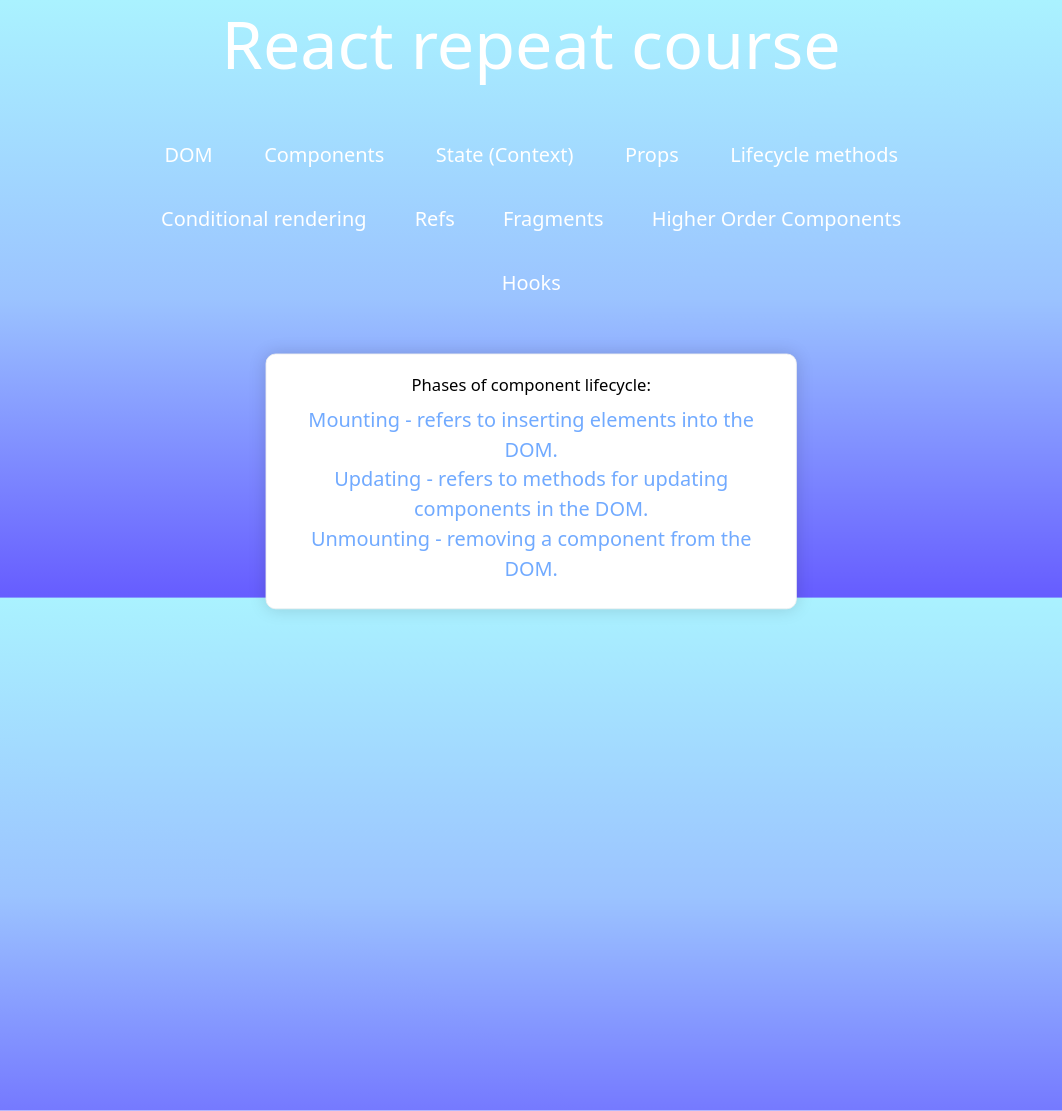
Repository: michalgornicki/github
Page: /#/Lifecycle
These files come from the project's save history. The page is drawn as it stood at one moment and after the next save; the edit follows.
The browser window is 1280 px wide. The pictures show the whole page, at 83% of full size.
Backgrounds fixed to the window are drawn as part of the page. The project was rebuilt for these pictures with package versions that can differ from the ones it lists, and the page was loaded fresh each time. Also part of the build but not shown: src/components/dom.jsx, src/components/components.jsx, src/components/state.jsx, src/components/props.jsx, src/components/conditional.jsx, src/components/refs.jsx, src/components/fragments.jsx, src/components/hoc.jsx and 1 more.

Above is the page before, as saved 2022-02-07 13:06:58.

### src/App.jsx
import React from "react";
import "./App.css";
import "bootstrap/dist/css/bootstrap.min.css";
import { Route, HashRouter as Router, Routes, Link } from "react-router-dom";
import DOM from "./components/dom.jsx";
import Components from "./components/components.jsx";
import State from "./components/state.jsx";
import Props from "./components/props.jsx";
import Lifecycle from "./components/lifecycle.jsx";
import Conditional from "./components/conditional.jsx";
import Refs from "./components/refs.jsx";
import Fragments from "./components/fragments.jsx";
import HOC from "./components/hoc.jsx";
import Hooks from "./components/hooks.jsx";

const App = () => {
  return (
    <Router>
      <div className="text-center">
        <div className="display-1 mt-1 mb-5 text-white">React repeat course</div>

        <div className="h4 d-flex w-75 m-auto my-5 justify-content-evenly flex-wrap text-white">
          <Link className="link-style m-3" to="/">
            DOM
          </Link>
          <Link className="link-style m-3" to="/Components">
            Components
          </Link>
          <Link className="link-style m-3" to="/State">
            State (Context)
          </Link>
          <Link className="link-style m-3" to="/Props">
            Props
          </Link>
          <Link className="link-style m-3" to="/Lifecycle">
            Lifecycle methods
          </Link>
          <Link className="link-style m-3" to="/Conditional">
            Conditional rendering
          </Link>
          <Link className="link-style m-3" to="/Refs">
            Refs
          </Link>
          <Link className="link-style m-3" to="/Fragments">
            Fragments
          </Link>
          <Link className="link-style m-3" to="/HOC">
            Higher Order Components
          </Link>
          <Link className="link-style m-3" to="/Hooks">
            Hooks
          </Link>
        </div>

        <Routes>
          <Route path="/" element={<DOM />} />
          <Route path="/Components" element={<Components />} />
          <Route path="/State" element={<State />} />
          <Route path="/Props" element={<Props />} />
          <Route path="/Lifecycle" element={<Lifecycle />} />
          <Route path="/Conditional" element={<Conditional />} />
          <Route path="/Refs" element={<Refs />} />
          <Route path="/Fragments" element={<Fragments />} />
          <Route path="/HOC" element={<HOC />} />
          <Route path="/Hooks" element={<Hooks />} />
        </Routes>
      </div>
    </Router>
  );
};

export default App;

### src/App.css
@import url('https://fonts.googleapis.com/css2?family=Catamaran:wght@400&display=swap');

body{
    font-family: 'Catamaran', sans-serif;
    overflow-x: hidden;
    padding-bottom: 80vh;
    height: auto;
    background: linear-gradient(rgb(170, 242, 255), rgb(155, 195, 255), rgb(102, 92, 255));
    background-attachment: fixed;
}

.js-item{
    color:rgb(0, 0, 0);
    font-size: 1.25rem;
    background-color: white;
    transition: 0.2s;
    padding: 3vh;
    margin-bottom: 4vh!important;
    border: 1px solid rgb(240, 240, 240);
    width: 50%;
    margin-left: auto;
    margin-right: auto;
    box-shadow: 0px 0px 20px rgba(0, 0, 0, 0.15);
    border-radius: 0.75rem;
}

.js-item:hover{
    cursor: pointer;
    background-color: rgb(240, 240, 240);
}

.text-color{
    margin: auto;
    padding: 0.5rem;
    width: fit-content;
    color:rgb(113, 170, 255)!important;
    font-size: 1.5rem;
    border-radius: 1rem;
}

.link-style{
    color: inherit;
    text-decoration: inherit;
    padding: 0.5rem;
    border-radius: 0.5rem;
}

.link-style:hover{
    color: rgb(113, 170, 255);
    text-decoration: inherit;
}

@media only screen and (max-device-width: 600px), (max-width: 600px) {

    .js-item{
        width: 95%;
    }

}

### src/components/lifecycle.jsx
const Lifecycle = () => {
  return (
    <div className="">
      <div className="js-item">
        {" "}
        <div className="">Phases of component lifecycle: </div>
        <div className="text-color">
          {`Mounting - refers to inserting elements into the DOM.`} <br />
          {`Updating - refers to methods for updating components in the DOM.`} <br />
          {`Unmounting - removing a component from the DOM.`}{" "}
        </div>{" "}

      </div>
    </div>
  );
};

export default Lifecycle;

Loaded but not shown: public/index.html (common file); src/index.js (common file); src/index.css (common file); src/reportWebVitals.js (common file)

After the next save:
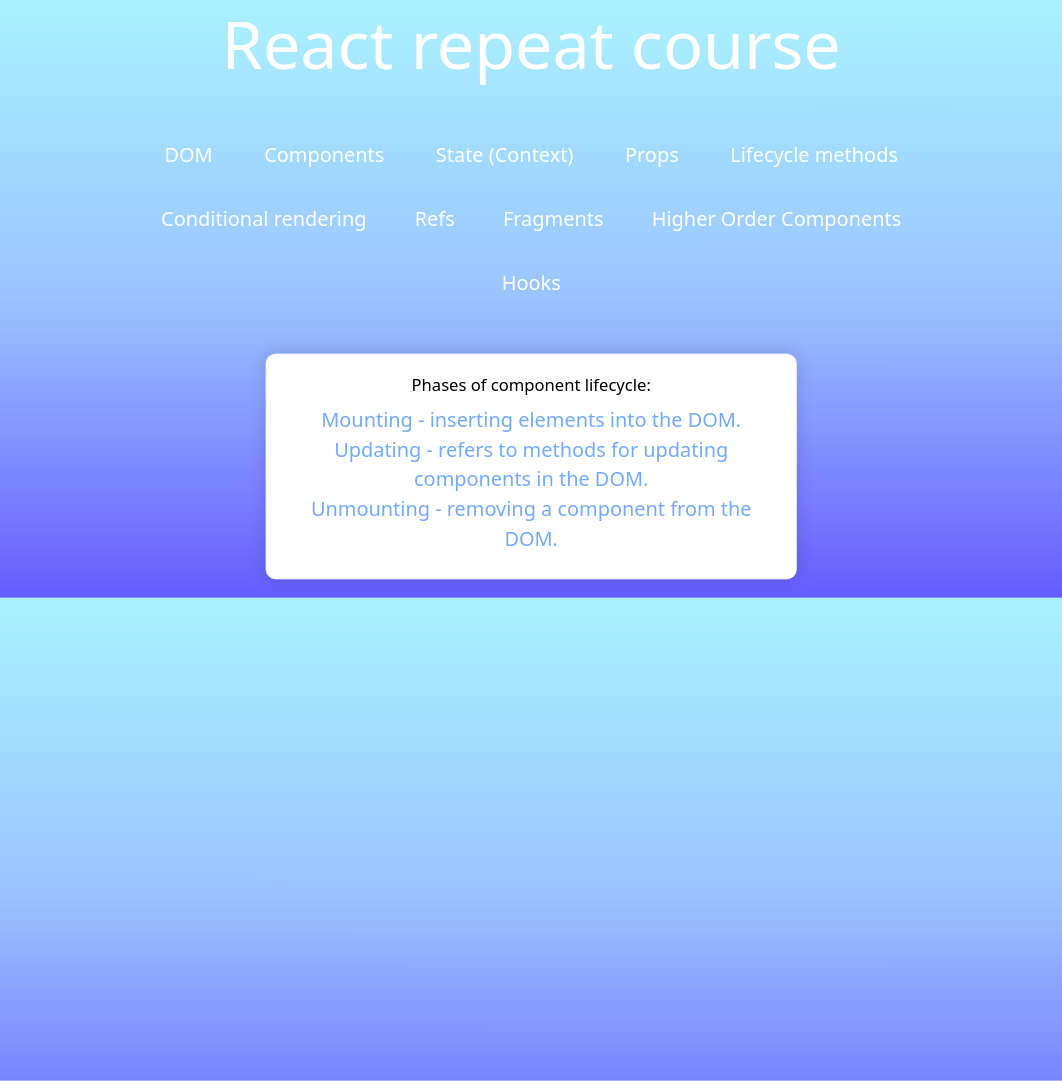
Saved 8 s later.
--- a/src/components/lifecycle.jsx
+++ b/src/components/lifecycle.jsx
@@ -5,7 +5,7 @@
         {" "}
         <div className="">Phases of component lifecycle: </div>
         <div className="text-color">
-          {`Mounting - refers to inserting elements into the DOM.`} <br />
+          {`Mounting - inserting elements into the DOM.`} <br />
           {`Updating - refers to methods for updating components in the DOM.`} <br />
           {`Unmounting - removing a component from the DOM.`}{" "}
         </div>{" "}
